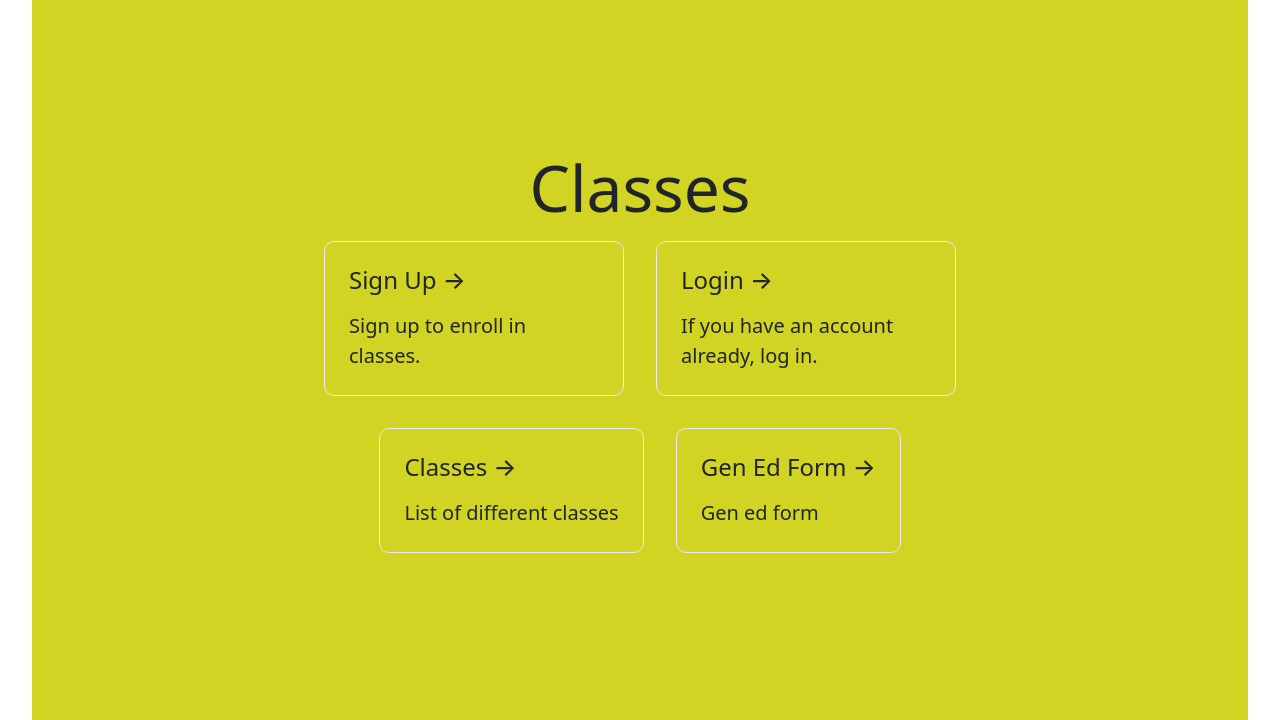
Repository: collegedude9300/zenschool
Page: /Classes
These files come from the project's save history. The page is drawn as it stood at one moment and after the next save; the edit follows.
The browser window is 1280 px wide. The pictures show the whole page.
The project was rebuilt for these pictures with package versions that can differ from the ones it lists, and the page was loaded fresh each time. The framework's server and built-in components were replaced by stand-ins that run in the browser. Also part of the build but not shown: next.config.js.

Above is the page before, as saved 2022-10-27 10:05:00.

After the next save:
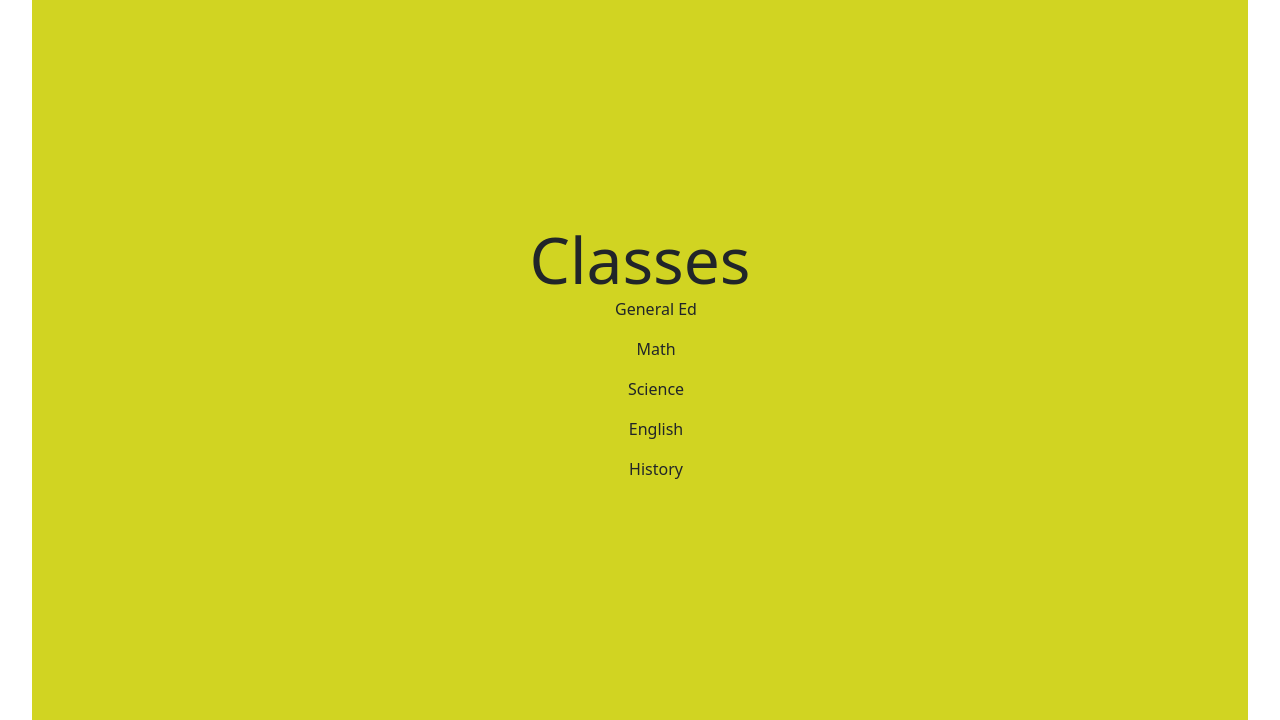
Saved 110 s later.
--- a/pages/Classes.js
+++ b/pages/Classes.js
@@ -15,24 +15,13 @@ export default function Classes() {
         <h1 className={styles.title}>
           Classes
         </h1>
-        <div className={styles.grid}>
-          <a href="/SignUp" className={styles.card}>
-            <h2>Sign Up &rarr;</h2>
-            <p>Sign up to enroll in classes.</p>
-          </a>
-          <a href="/Login" className={styles.card}>
-            <h2>Login &rarr;</h2>
-            <p>If you have an account already, log in.</p>
-          </a>
-          <a href="/Classes" className={styles.card}>
-            <h2>Classes &rarr;</h2>
-            <p>List of different classes</p>
-          </a>
-          <a href="/GenEd" className={styles.card}>
-            <h2>Gen Ed Form &rarr;</h2>
-            <p>Gen ed form</p>
-          </a>
-        </div>
+<ul>General Ed </ul>
+<ul>Math</ul>
+<ul>Science</ul>
+<ul>English</ul>
+<ul>History</ul>
+
+
       </main>
     </div>
   )
